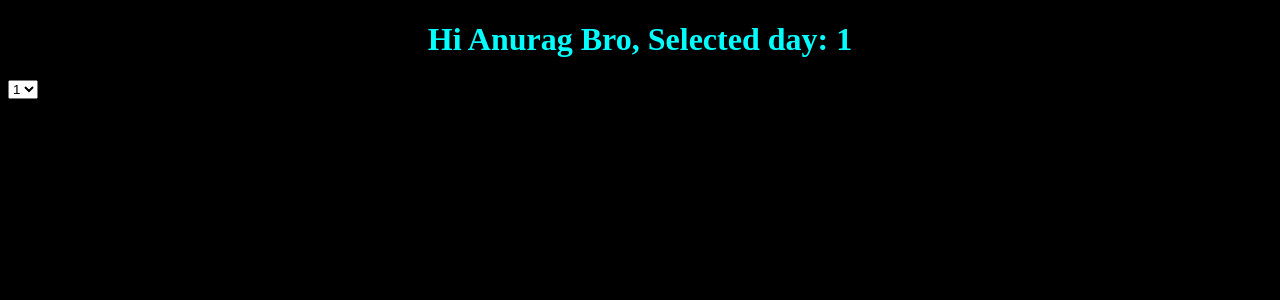
Repository: parveen95887/salesforceTest
Page: index.html
The author's editor kept a copy of each file at every save. The page is drawn from the files as they stood at one save, then again after the next save.
The browser window is 1280 px wide. The pictures show the whole page.

Above is the page before, as saved 2024-08-27 16:16:16.

After the next save:
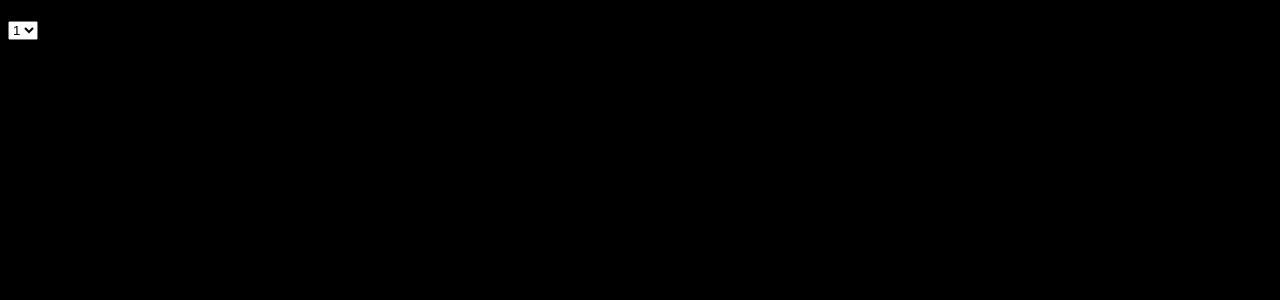
Saved 39 s later.
--- a/myscript.js
+++ b/myscript.js
@@ -9,7 +9,7 @@
     const heading = document.querySelector("#heading");
 
     // Update heading with the initially selected day
-    heading.textContent = `Hi Anurag Bro, Selected day: ${selectElement.value}`;
+    //heading.textContent = `Hi Anurag Bro, Selected day: ${selectElement.value}`;
 
     // Add event listener to update the heading when the selected day changes
     selectElement.addEventListener("change", function() {

After the save that followed:
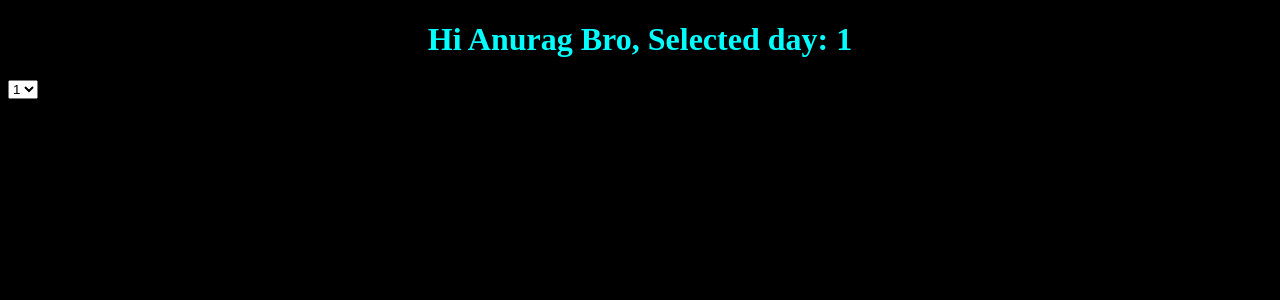
Saved 22 s later.
--- a/myscript.js
+++ b/myscript.js
@@ -9,7 +9,7 @@
     const heading = document.querySelector("#heading");
 
     // Update heading with the initially selected day
-    //heading.textContent = `Hi Anurag Bro, Selected day: ${selectElement.value}`;
+    heading.textContent = `Hi Anurag Bro, Selected day: ${selectElement.value}`;
 
     // Add event listener to update the heading when the selected day changes
     selectElement.addEventListener("change", function() {
